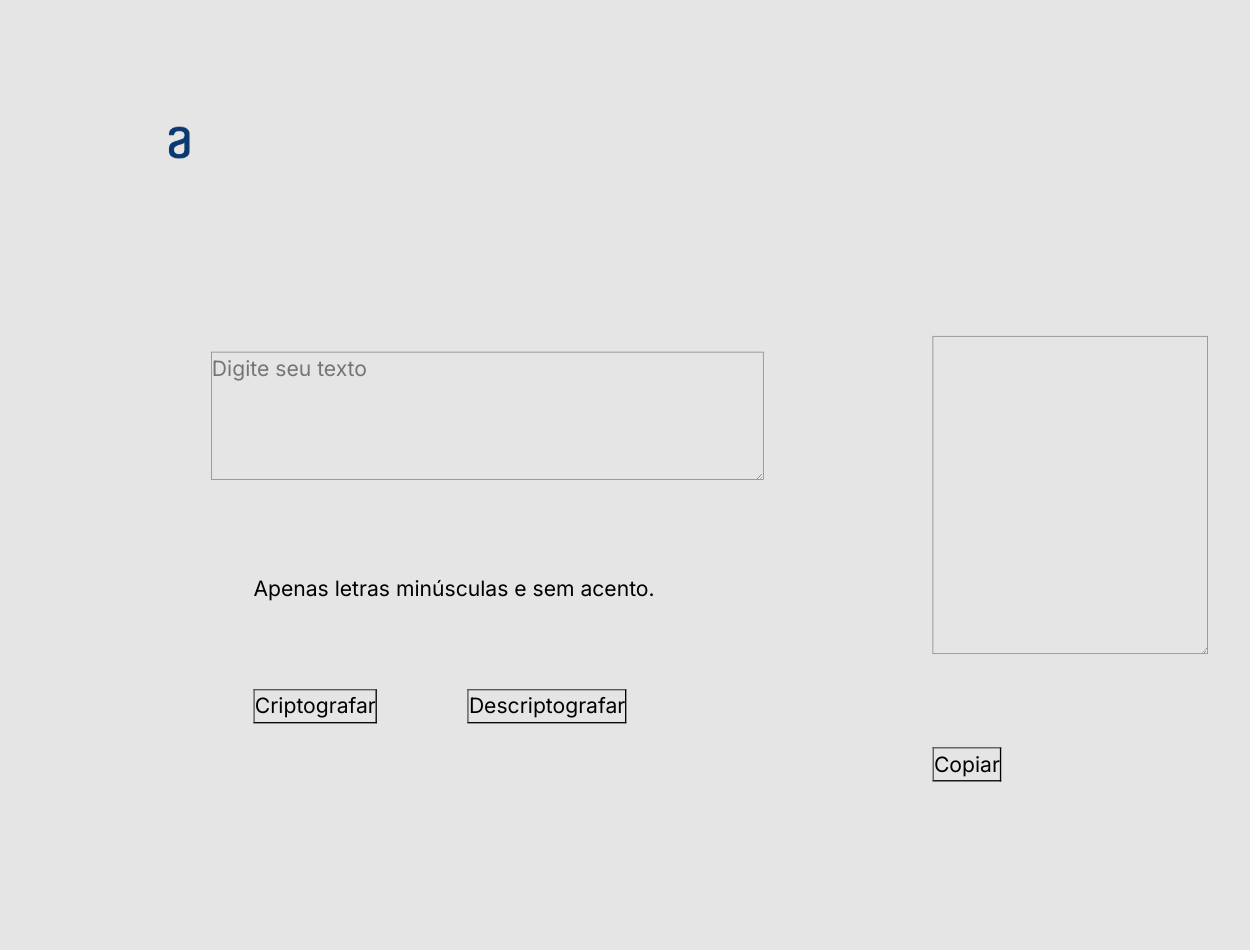
Repository: guilhermecardoso93/decodificador-texto
Page: index.html
The author's editor kept a copy of each file at every save. The page is drawn from the files as they stood at one save, then again after the next save.
The browser window is 1280 px wide. The page is 1894 px wide, then 1280 px, so the pictures cover 1894 px, including what lies to the right of the window. The pictures show the whole page, at 66% of full size.

Above is the page before, as saved 2024-02-28 19:12:41.

After the next save:
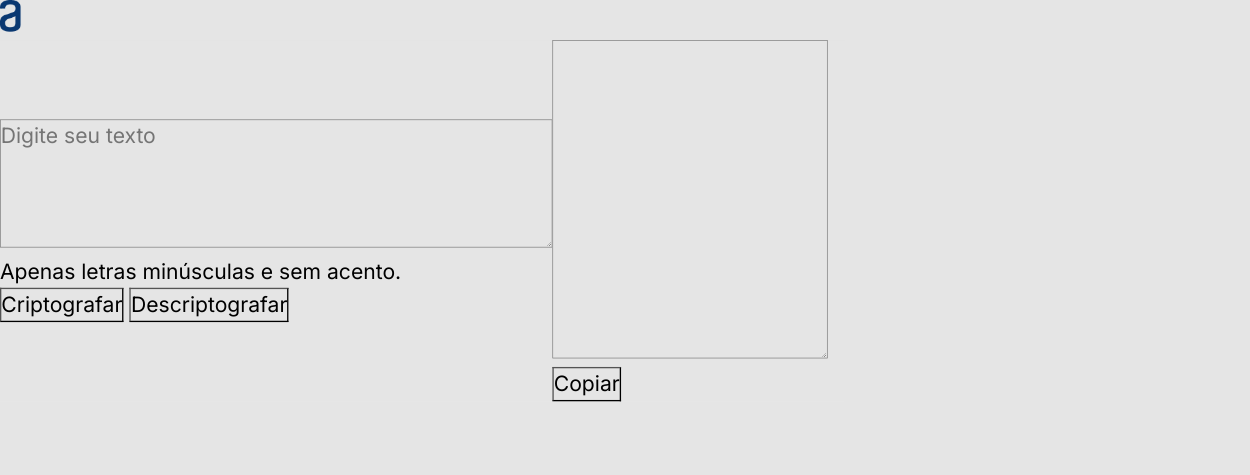
Saved 7 s later.
--- a/style.css
+++ b/style.css
@@ -7,12 +7,8 @@
   font-weight: 400;
   font-size: 32px;
   line-height: 150%;
-  margin: 2rem;
 }
 
-body {
-
-}
 
 .logo-alura {
   margi-left: 10px;
